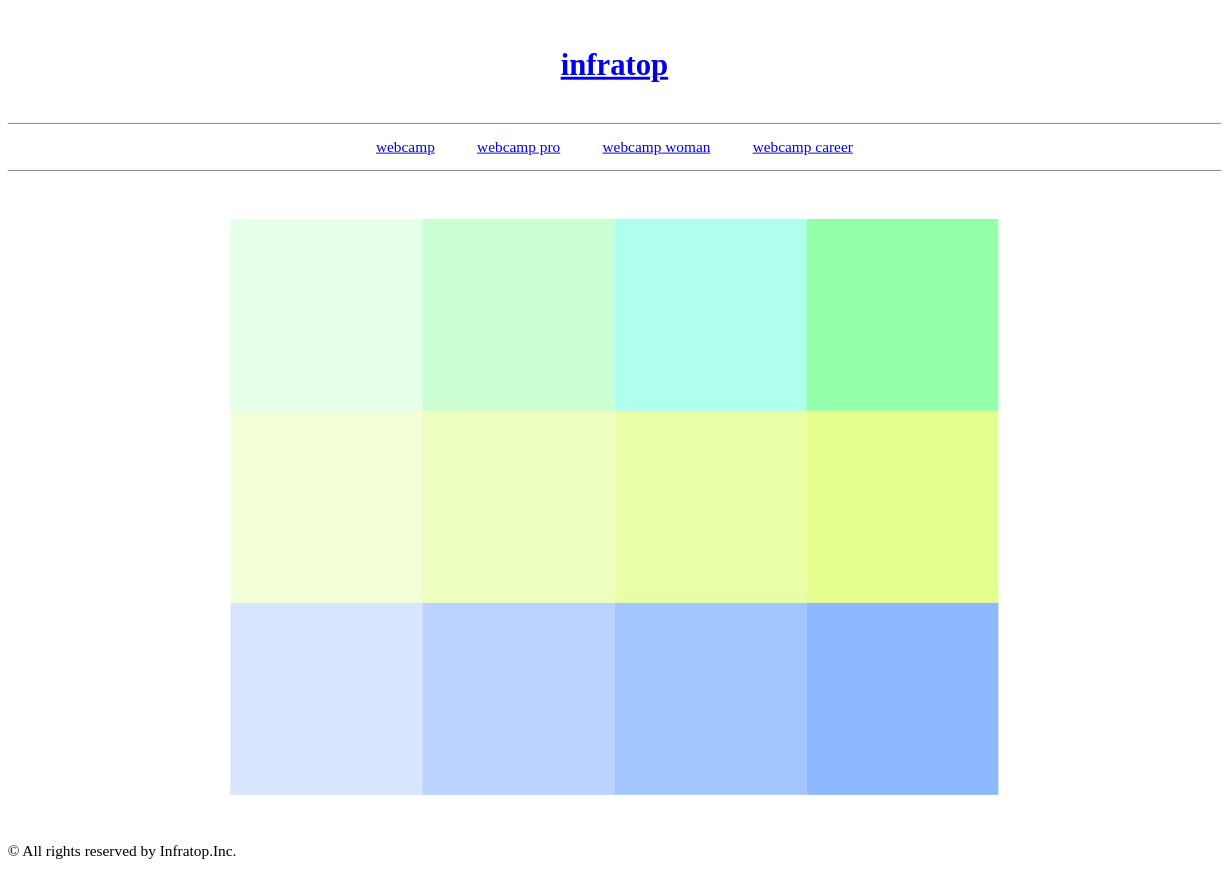
Repository: ego-boosting/html-practice1
Page: chapter5/index.html
The author's editor kept a record of every edit. The page is drawn from the files as they stood at one moment, then again after the next edit.
The browser window is 1280 px wide. The pictures show the whole page, at 96% of full size.

Above is the page before.

### chapter5/index.html
<!DOCTYPE html>
<html lang="ja">

  <head>
    <meta charset="UTF-8" />
    <link rel="stylesheet" href="style.css" />
    <title></title>
  </head>

  <body>
    <header>
      <h1 class="heading">
        <a href="index.html">
          infratop
        </a>

      </h1>
    </header>

    <nav>

      <ul class="nav-list">
        <li class="nav-list-item">
          <a href="index.html">webcamp</a>
        </li>
        <li class="nav-list-item">
          <a href="index.html">webcamp pro</a>
        </li>
        <li class="nav-list-item">
          <a href="index.html">webcamp woman</a>
        </li>
        <li class="nav-list-item">
          <a href="index.html">webcamp career</a>
        </li>

      </ul>

    </nav>

    <div class="main">
      <div class="box1"></div>
      <div class="box2"></div>
      <div class="box3"></div>
      <div class="box4"></div>
      <div class="box5"></div>
      <div class="box6"></div>
      <div class="box7"></div>
      <div class="box8"></div>
      <div class="box9"></div>
      <div class="box10"></div>
      <div class="box11"></div>
      <div class="box12"></div>
    </div>

    <div class="blog"></div>
    <div class="sidebar"></div>

    </div>

    <footer>
      <p class="footer-text">© All rights reserved by Infratop.Inc.</p>
    </footer>
   </body>
 </html>

### chapter5/style.css
＊{
  margin:0;
  padding:0;
  box-sizing:obder-box;
}

header{
 width:100%;
 padding:20px 0;
 text-align:center;
}

.nav-list{
  text-align:center;
  padding:15px 0;
  margin:auto 0;
  border-bottom:1px solid#848282;
  border-top:1px solid#848282;
}
.nav-list-item{
  list-style:none;
  display: inline-block;
  margin: 0 20px;
}

.main{
 width:800px;
 margin:50px auto;
 display:flex;
 flex-wrap:wrap;
}

.box1{
  width:200px;
  height:200px;
  background-color:#e6ffe9;
}

.box2{
  width:200px;
  height:200px;
  background-color:#cbffd3;
}

.box3{
  width:200px;
  height:200px;
  background-color:#aeffed;
}

.box4{
  width:200px;
  height:200px;
  background-color:#93ffab;
}

.box5{
  width:200px;
  height:200px;
  background-color:#f3ffd8;
}

.box6{
  width:200px;
  height:200px;
  background-color:#edffbe;
}

.box7{
  width:200px;
  height:200px;
  background-color:#e9ffa5;
}

.box8{
  width:200px;
  height:200px;
  background-color:#e4ff8d;
}

.box9{
  width:200px;
  height:200px;
  background-color:#d9e5ff;
}

.box10{
  width:200px;
  height:200px;
  background-color:#bad3ff;
}

.box11{
  width:200px;
  height:200px;
  background-color:#a4c6ff;
}

.box12{
  width:200px;
  height:200px;
  background-color:#8eb8ff;
}

After the next edit:
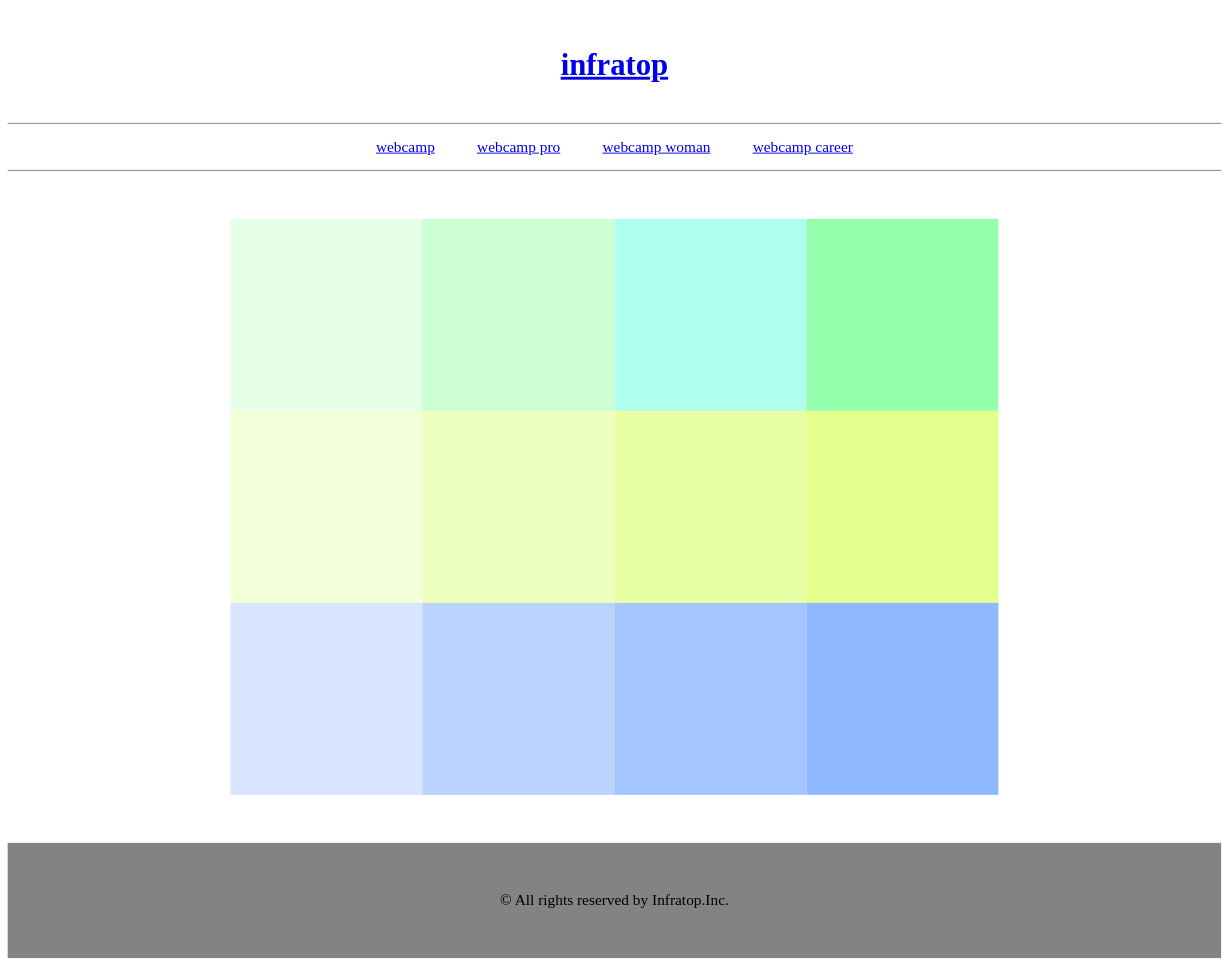
The edit:
--- a/chapter5/style.css
+++ b/chapter5/style.css
@@ -101,3 +101,15 @@ header{
   height:200px;
   background-color:#8eb8ff;
 }
+
+footer{
+  width:100%;
+  height:120px;
+  text-align:center;
+  line-height:120px;
+  background-color:#848282
+}
+
+.footer-text{
+
+}
